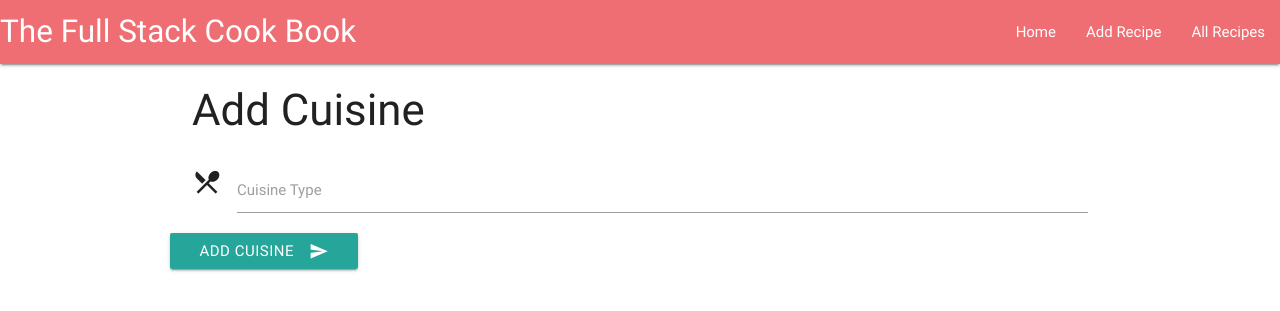
Repository: nakitamccool/francisillingworth-milestone-project-3
Page: http://localhost/add_cuisine
The author's editor kept a record of every edit. The page is drawn from the files as they stood at one moment, then again after the next edit.
The browser window is 1280 px wide. The pictures show the whole page.
The page is served by the project's application, run on Flask 3 (app.py). Queries for data that is not in the repository find no rows.

Above is the page before.

After the next edit:
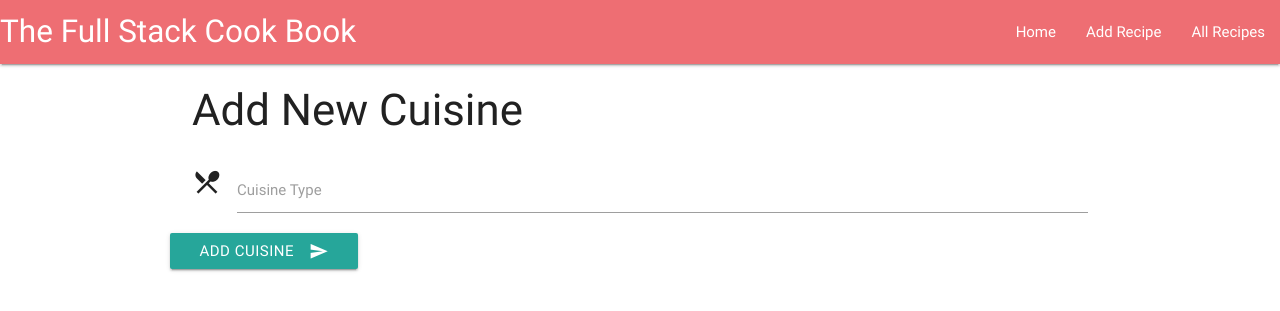
The edit:
--- a/templates/addcuisine.html
+++ b/templates/addcuisine.html
@@ -1,6 +1,6 @@
 {% extends 'base.html' %} {% block content %}
 
-<h3>Add Cuisine</h3>
+<h3>Add New Cuisine</h3>
 <div class="row">
     <form action="{{ url_for('insert_cuisine') }}" method="POST" class="col s12">
         <div class="row">
